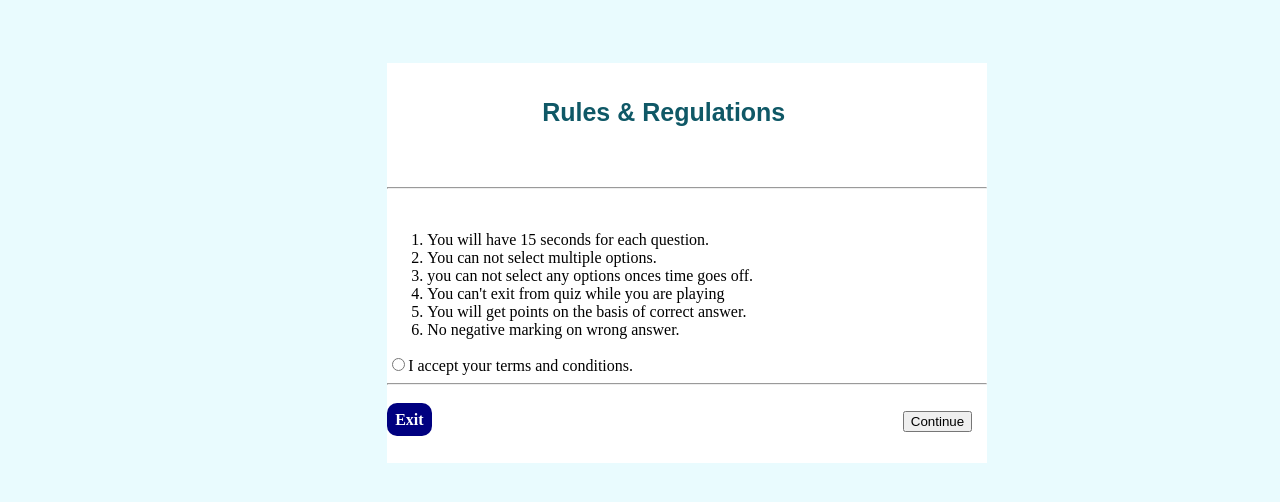
Repository: Rupali-8062Chourasiya5279/Internship_Task_Rupali
Page: Programming Language/quiz/QuizApp/src/main/webapp/rules.html
These files come from the project's save history. The page is drawn as it stood at one moment and after the next save; the edit follows.
The browser window is 1280 px wide. The pictures show the whole page.

Above is the page before, as saved 2025-01-25 06:26:19.

### Programming Language/quiz/QuizApp/src/main/webapp/rules.html
<!DOCTYPE html>
<html>
<head>
<meta charset="UTF-8">
<title>Rules</title>
<style>
 #div1
 {
 margin-left:30%;
 margin-top:5%;
 height:400px;
 width:600px;
background-color: white;
 }
 h3
 {
 padding:35px;
 font: bold;
 color: #0f5866;
 font-family: sans-serif;
 font-size: 25px;
 margin-left: 20%;
 }
 a{
 text-decoration: none;
 background-color: navy;
 padding: 8px;
 color: white;
 border-radius: 10px;
 font-family: fantasy;
 font-weight: bold;
 }
 body
 {
 background-color: #e9fbfe;
 }

</style>
</head>
<body>
	<form action="First.html">
	<div id="div1">
	<h3>Rules & Regulations</h3>
	<hr>
	<br>
	<ol id="li">
	<li>You will have 15 seconds for each question.</li>
	<li>You can not select multiple options.</li>
	<li>you can not select any options onces time goes off.</li>
	<li>You can't exit from quiz while you are playing </li>
	<li>You will get points on the basis of correct answer.</li>
	<li>No negative marking on wrong answer.</li>
	</ol>
	<input type="radio" required="required">I accept your terms and conditions.</input>
	<br>
	<hr>
	<br>
	<a href="Home.html">Exit</a>
		<!--  <a href="First.html" style="float: right;margin-right: 15px;">Continue</a>-->

	<input id="a1" type="submit" style="float: right;margin-right: 15px;" value="Continue">
 </div>
	</form>
</body>
</html>

After the next save:
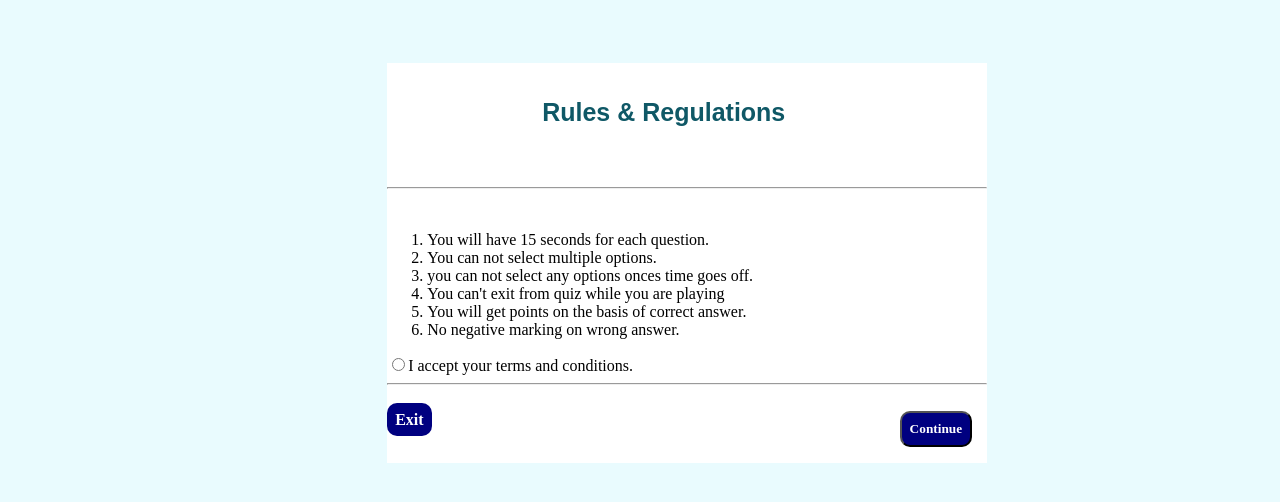
Saved 10 s later.
--- a/Programming Language/quiz/QuizApp/src/main/webapp/rules.html
+++ b/Programming Language/quiz/QuizApp/src/main/webapp/rules.html
@@ -21,7 +21,7 @@ background-color: white;
  font-size: 25px;
  margin-left: 20%;
  }
- a{
+ a,#a1{
  text-decoration: none;
  background-color: navy;
  padding: 8px;

After the 2 saves that followed:
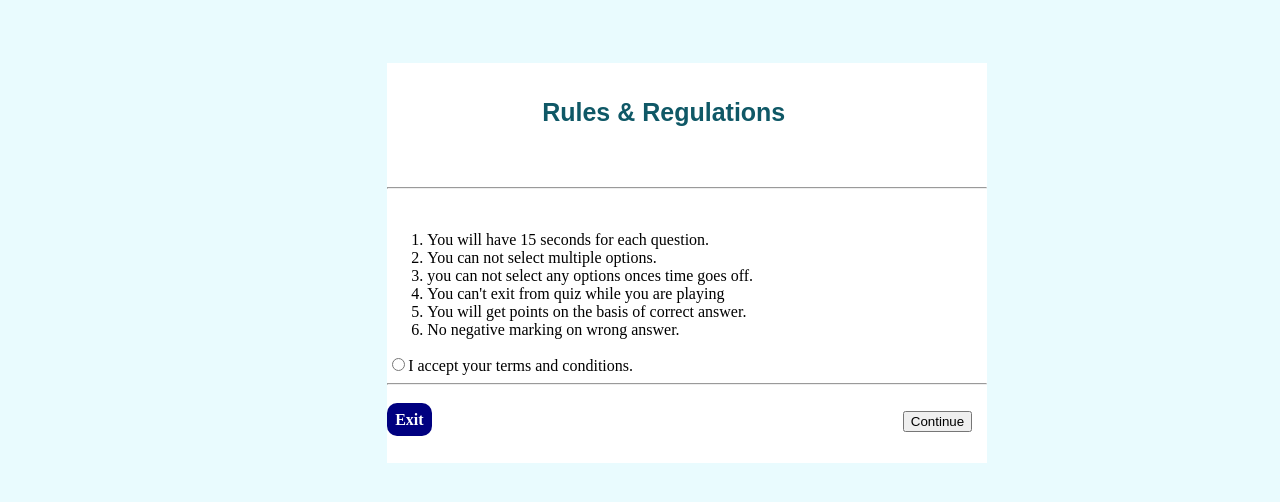
The 2 saves are shown as one change because they came seconds apart.
The last was saved 2 min 15 s later.
--- a/Programming Language/quiz/QuizApp/src/main/webapp/rules.html
+++ b/Programming Language/quiz/QuizApp/src/main/webapp/rules.html
@@ -56,9 +56,8 @@ background-color: white;
 	<hr>
 	<br>
 	<a href="Home.html">Exit</a>
-		<!--  <a href="First.html" style="float: right;margin-right: 15px;">Continue</a>-->
 
-	<input id="a1" type="submit" style="float: right;margin-right: 15px;" value="Continue">
+	<input id="s1" type="submit" style="float: right;margin-right: 15px;" value="Continue">
  </div>
 	</form>
 </body>
